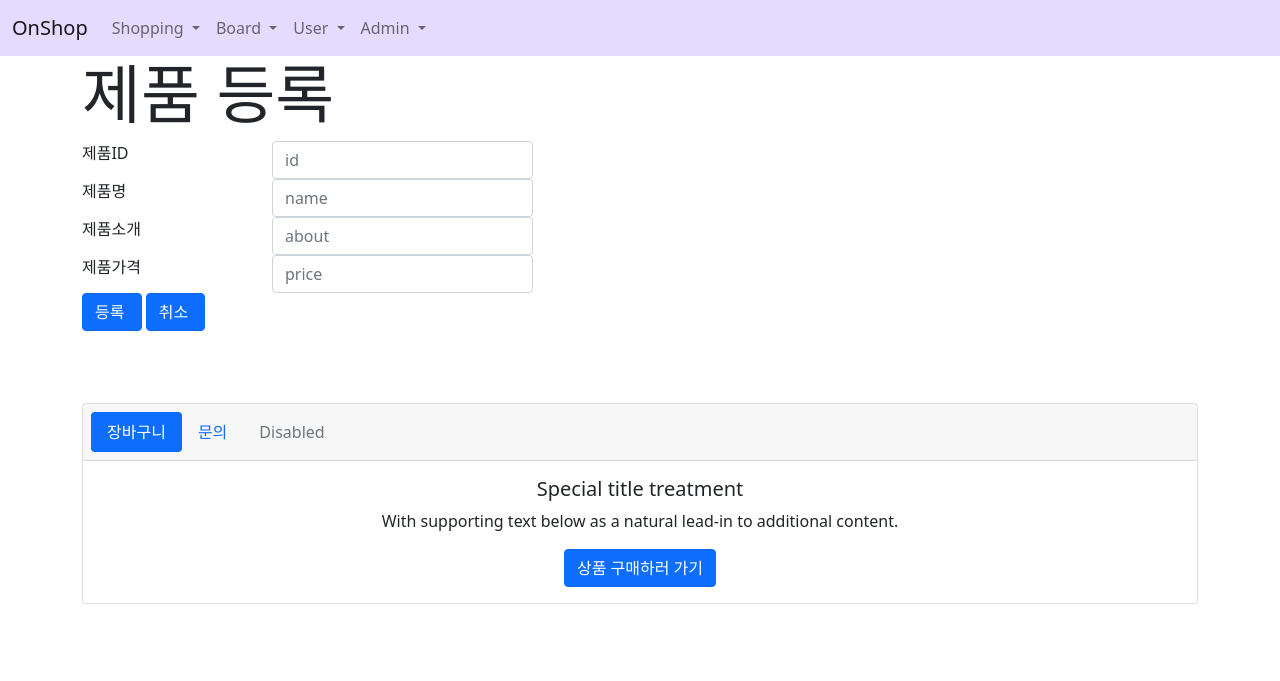
Repository: HimNahyeon/devClassBackup
Page: http://localhost/WebShop2/product/addProduct.jsp
The author's editor kept a copy of each file at every save. The page is drawn from the files as they stood at one save, then again after the next save.
The browser window is 1280 px wide. The pictures show the whole page.
The page is served by Tomcat 9. Other server files are loaded and not shown.

Above is the page before, as saved 2021-11-04 06:10:44.

### jsp/WebShop2/WebContent/product/addProduct.jsp
<%@ page language="java" contentType="text/html; charset=UTF-8"
    pageEncoding="UTF-8"%>
<!DOCTYPE html>
<html>
<head>
<meta charset="UTF-8">
<title>제품등록</title>
</head>
<body>
<%@ include file = "../header.jsp" %>
	   <div class="jumbotron">
      <div class="container">
         <h1 class="display-3">제품 등록</h1>
      </div>
   </div>

   <div class="container">
      <form name="newProduct" class="form-horizontal"  action="addCheck.jsp" method="post" onsubmit="return checkForm()">
         <div class="form-group  row">
            <label class="col-sm-2 ">제품ID</label>
            <div class="col-sm-3">
               <input name="id" type="text" class="form-control" placeholder="id" >
            </div>
         </div>
         <div class="form-group  row">
            <label class="col-sm-2">제품명</label>
            <div class="col-sm-3">
               <input name="name" type="text" class="form-control" placeholder="name" >
            </div>
         </div>
         <div class="form-group  row">
            <label class="col-sm-2">제품소개</label>
            <div class="col-sm-3">
               <input name="description" type="text" class="form-control" placeholder="about" >
            </div>
         </div>
         <div class="form-group  row">
            <label class="col-sm-2">제품가격</label>
            <div class="col-sm-3">
               <input name="price" type="text" class="form-control" placeholder="price" >
            </div>
         </div>
         <div class="form-group  row">
            <div class="col-sm-offset-2 col-sm-10 ">
               <input type="submit" class="btn btn-primary " value="등록 " >
               <input type="reset" class="btn btn-primary " value="취소 " onclick="reset()" >
            </div>
         </div>
      </form>
<%@ include file = "../footer.jsp" %>
</body>
</html>

### jsp/WebShop2/WebContent/header.jsp
<%@ page language="java" contentType="text/html; charset=UTF-8"
    pageEncoding="UTF-8"%>
<!DOCTYPE html>
<html>
<head>
<meta charset="UTF-8">
<link href="https://cdn.jsdelivr.net/npm/bootstrap@5.1.3/dist/css/bootstrap.min.css" rel="stylesheet" integrity="sha384-1BmE4kWBq78iYhFldvKuhfTAU6auU8tT94WrHftjDbrCEXSU1oBoqyl2QvZ6jIW3" crossorigin="anonymous">
<script src="https://cdn.jsdelivr.net/npm/bootstrap@5.1.3/dist/js/bootstrap.bundle.min.js" integrity="sha384-ka7Sk0Gln4gmtz2MlQnikT1wXgYsOg+OMhuP+IlRH9sENBO0LRn5q+8nbTov4+1p" crossorigin="anonymous"></script>
<title>Insert title here</title>
</head>
<body>
<nav class="navbar navbar-expand-lg navbar-light" style="background-color: #e4dbff;">
  <div class="container-fluid">
    <a class="navbar-brand" href="/">OnShop</a>
    <button class="navbar-toggler" type="button" data-bs-toggle="collapse" data-bs-target="#navbarNavDropdown" aria-controls="navbarNavDropdown" aria-expanded="false" aria-label="Toggle navigation">
      <span class="navbar-toggler-icon"></span>
    </button>
    <div class="collapse navbar-collapse" id="navbarNavDropdown">
      <ul class="navbar-nav">
		<li class="nav-item dropdown">
          <a class="nav-link dropdown-toggle" href="#" id="navbarDropdownMenuLink" role="button" data-bs-toggle="dropdown" aria-expanded="false">
            Shopping
          </a>
          <ul class="dropdown-menu" aria-labelledby="navbarDropdownMenuLink">
            <li><a class="dropdown-item" href="/product/products.jsp">상품목록</a></li>
            <li><a class="dropdown-item" href="#">장바구니</a></li>
          </ul>
        </li>
		<li class="nav-item dropdown">
          <a class="nav-link dropdown-toggle" href="#" id="navbarDropdownMenuLink" role="button" data-bs-toggle="dropdown" aria-expanded="false">
            Board
          </a>
          <ul class="dropdown-menu" aria-labelledby="navbarDropdownMenuLink">
            <li><a class="dropdown-item" href="#">글목록</a></li>
            <li><a class="dropdown-item" href="#">글쓰기</a></li>
          </ul>
        </li>
     	<li class="nav-item dropdown">
          <a class="nav-link dropdown-toggle" href="#" id="navbarDropdownMenuLink" role="button" data-bs-toggle="dropdown" aria-expanded="false">
            User
          </a>
          <ul class="dropdown-menu" aria-labelledby="navbarDropdownMenuLink">
            <li><a class="dropdown-item" href="/member/loginMember.jsp">로그인</a></li>
            <li><a class="dropdown-item" href="#">로그아웃</a></li>
            <li><a class="dropdown-item" href="#">회원가입</a></li>
            <li><a class="dropdown-item" href="#">회원탈퇴</a></li>
          </ul>
        </li>
       	<li class="nav-item dropdown">
          <a class="nav-link dropdown-toggle" href="#" id="navbarDropdownMenuLink" role="button" data-bs-toggle="dropdown" aria-expanded="false">
            Admin
          </a>
          <ul class="dropdown-menu" aria-labelledby="navbarDropdownMenuLink">
            <li><a class="dropdown-item" href="/product/addProduct.jsp">제품등록</a></li>
            <li><a class="dropdown-item" href="/member/listMember.jsp">회원관리</a></li>
          </ul>
        </li>
      </ul>
    </div>
  </div>
</nav>

</body>
</html>

### jsp/WebShop2/WebContent/footer.jsp
<%@ page language="java" contentType="text/html; charset=UTF-8"
    pageEncoding="UTF-8"%>


<script src="https://cdn.jsdelivr.net/npm/bootstrap@5.1.3/dist/js/bootstrap.bundle.min.js" integrity="sha384-ka7Sk0Gln4gmtz2MlQnikT1wXgYsOg+OMhuP+IlRH9sENBO0LRn5q+8nbTov4+1p" crossorigin="anonymous"></script>

    <br><br><br>

    <div class="card text-center">
  <div class="card-header">
    <ul class="nav nav-pills card-header-pills">
      <li class="nav-item">
        <a class="nav-link active" href="#">장바구니</a>
      </li>
      <li class="nav-item">
        <a class="nav-link" href="#">문의</a>
      </li>
      <li class="nav-item">
        <a class="nav-link disabled" href="#" tabindex="-1" aria-disabled="true">Disabled</a>
      </li>
    </ul>
  </div>
  <div class="card-body">
    <h5 class="card-title">Special title treatment</h5>
    <p class="card-text">With supporting text below as a natural lead-in to additional content.</p>
    <a href="/product/products.jsp" class="btn btn-primary">상품 구매하러 가기</a>
  </div>
</div>

After the next save:
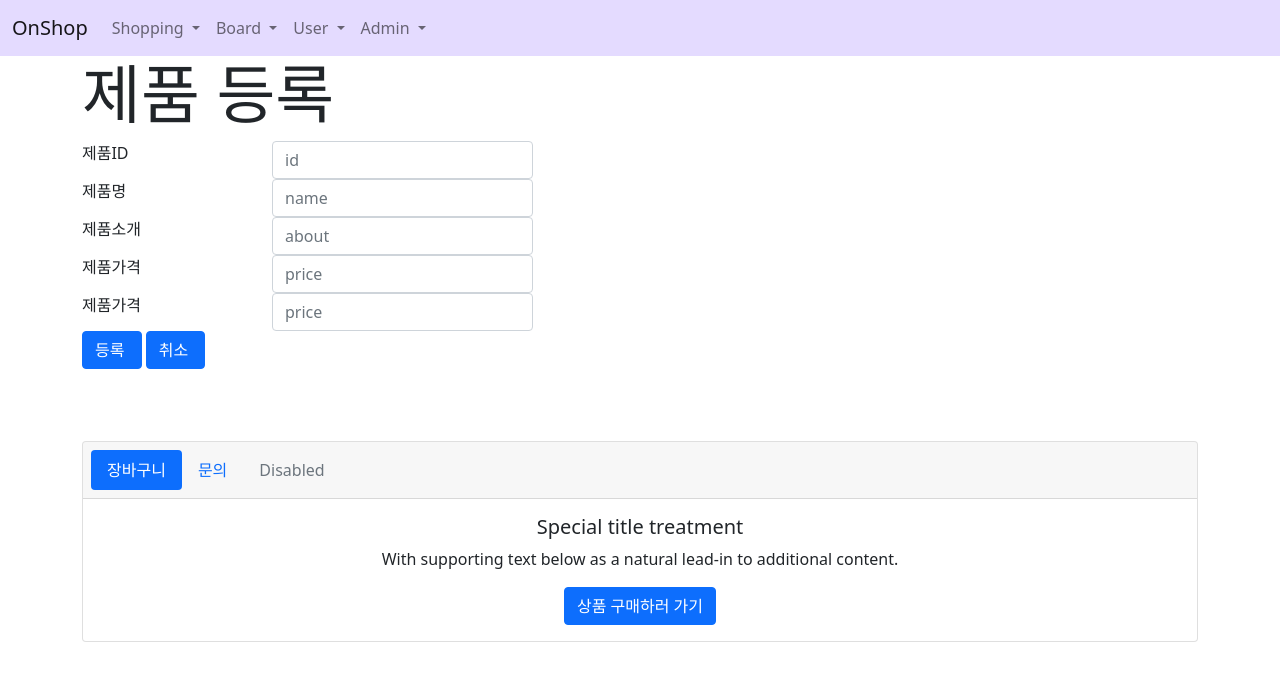
Saved 34 s later.
--- a/jsp/WebShop2/WebContent/product/addProduct.jsp
+++ b/jsp/WebShop2/WebContent/product/addProduct.jsp
@@ -41,6 +41,12 @@
             </div>
          </div>
          <div class="form-group  row">
+            <label class="col-sm-2">제품가격</label>
+            <div class="col-sm-3">
+               <input name="price" type="text" class="form-control" placeholder="price" >
+            </div>
+         </div>
+         <div class="form-group  row">
             <div class="col-sm-offset-2 col-sm-10 ">
                <input type="submit" class="btn btn-primary " value="등록 " >
                <input type="reset" class="btn btn-primary " value="취소 " onclick="reset()" >
